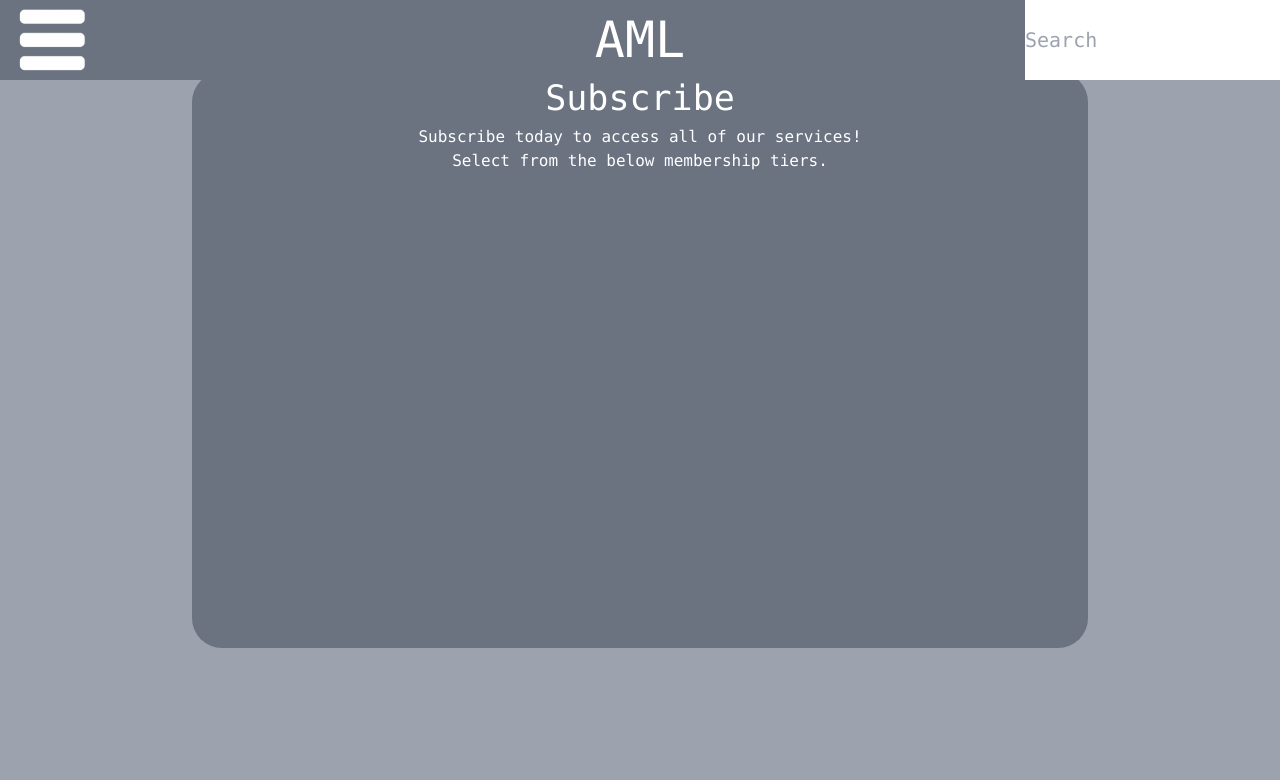
Repository: DuyKhanhDo/AML-Concept
Page: http://localhost/subscribe
An editor plug-in stored every save of this project. The page is shown before and after the next save, followed by the edit.
The browser window is 1280 px wide. The pictures show the whole page.
Some web libraries are served in a nearby version. The page is served by the project's Laravel application, run on PHP 8.4 with Laravel 12. A made-up administrator, Test User (test@example.com), is signed in. Other server files are loaded and not shown.

Above is the page before, as saved 2024-11-11 12:50:47.

### routes/web.php
<?php

use App\Http\Controllers\RegisterController;
use App\Http\Controllers\LogInController;
use App\Http\Controllers\ProfileController;
use App\Http\Controllers\SubscriptionController;
use Illuminate\Support\Facades\Route;
use Illuminate\Support\Facades\Auth;

Auth::routes();

Route::get('/', function () {
    return view('catalogue');
});

Route::get('/login', [LogInController::class, 'LogInView'])->name('login');
Route::post('/submit-login', [LogInController::class, 'Submit'])->name('submit.login');

Route::get('/register', [RegisterController::class, 'RegisterView'])->name('register');
Route::post('/submit-register', [RegisterController::class, 'Submit'])->name('submit.register');

Route::get('/subscribe', [SubscriptionController::class, 'SubscribeView'])->name('subscribe');

Route::post('/logout', function(){
    Auth::logout();
    return redirect()->back();
})->name('logout');

### app/Models/User.php
<?php

namespace App\Models;

use Illuminate\Auth\Middleware\Authenticate;
use Illuminate\Database\Eloquent\Model;
use Illuminate\Foundation\Auth\User as Authenticatable;
use Illuminate\Notifications\Notifiable;

class User extends Authenticatable
{
    use Notifiable;
    public $timestamps = false;

    protected $table = 'Users';

    protected $fillable = ['name', 'email', 'password', 'dob'];
};

### app/Http/Controllers/SubscriptionController.php
<?php

namespace App\Http\Controllers;

use Illuminate\Http\Request;

class SubscriptionController extends Controller
{
    public function __construct()
    {
        $this->middleware('auth');
    }

    public function SubscribeView()
    {
        return view('subscribe');
    }
}

### resources/views/subscribe.blade.php
<x-base>
    <x-slot:content>
        <main class="flex justify-center items-center h-screen">
            <div class="absolute top-[5vh] bg-gray-500 w-[70vw] h-[80vh] mt-[5vh] rounded-[30px] flex items-center flex-col">
                <h1 class="text-[35px]">Subscribe</h1>
                <h3 class="text-[20px mt-[20px]]">Subscribe today to access all of our services!</h3>
                <h5>Select from the below membership tiers.</h5>
            </div>
        </main>
    </x-slot>
</x-base>

### resources/views/components/base.blade.php
<!DOCTYPE html>
<html lang="en">
<head>
    <meta charset="UTF-8">
    <meta name="viewport" content="width=device-width, initial-scale=1.0">
    <title>AML</title>
    <script src="https://cdn.tailwindcss.com"></script>
</head>
<body class="bg-gray-400 font-mono">
    <x-navigation-bar></x-navigation-bar>
    <main class="mt-[5vh] text-white text-center">
        {{ $content }}
    </main>
</body>
</html>

### resources/views/components/navigation-bar.blade.php
<div class="fixed left-0 top-0 w-full h-[5rem] flex items-center justify-center bg-gray-500 m-0 p-0 box-border font-mono z-50">
    <button id="toggle-sidebar" class="absolute left-0 ml-[10px] h-full"><img class="h-full" draggable="false" src="{{ asset('assets/sidebar-img.png') }}" alt=""></button>
    <h1 class="text-[50px] text-white">AML</h1>
    <input type="text" class="absolute right-0 ml-[10px] h-full radius-[20px] text-[20px]" placeholder="Search">
</div>
<div id="sidebar" class="fixed left-0 top-[5rem] bg-gray-500 w-[20rem] h-[95vh] flex flex-col opacity-0 z-50 transition-opacity duraction-900">
    <ul class="text-center text-white w-full flex items-center">
        <x-side-bar-btn :csrf=false method="GET" route="/" name="Catalogue"></x-side-bar-btn>
    </ul>
    <ul class="absolute bottom-0 flex flex-col text-center text-white w-full flex items-center">
        @if (Auth::check())
            <x-side-bar-btn :csrf=true method="POST" route="{{ route('logout') }}" name="Sign out"></x-side-bar-btn>
        @else
            <x-side-bar-btn :csrf=false method="GET" route="{{ route('login') }}" name="Log in"></x-side-bar-btn>
            <x-side-bar-btn :csrf=false method="GET" route="{{ route('register') }}" name="Register"></x-side-bar-btn>
        @endif
    </ul>
</div>

<script>
    const button = document.getElementById('toggle-sidebar')
    const sidebar = document.getElementById('sidebar')

    button.addEventListener('click',function(){
        sidebar.classList.toggle('opacity-0');
        sidebar.classList.toggle('opacity-100');
    })
</script>

### resources/views/components/side-bar-btn.blade.php
<form class="w-full" method="{{ $method }}" action='{{ $route }}'>
    @if ($csrf == true)
        @csrf
    @endif

    <li class="mx-auto bg-gray-700 w-full h-[5rem] mb-[10px] flex items-center justify-center">
        <button type="submit" class="font-mono text-[30px] w-full">
            {{ $name }}
        </button>
    </li>
</form>

Loaded but not shown: app/Http/Controllers/Auth/ConfirmPasswordController.php (common file); app/Http/Controllers/Controller.php (common file)

After the next save:
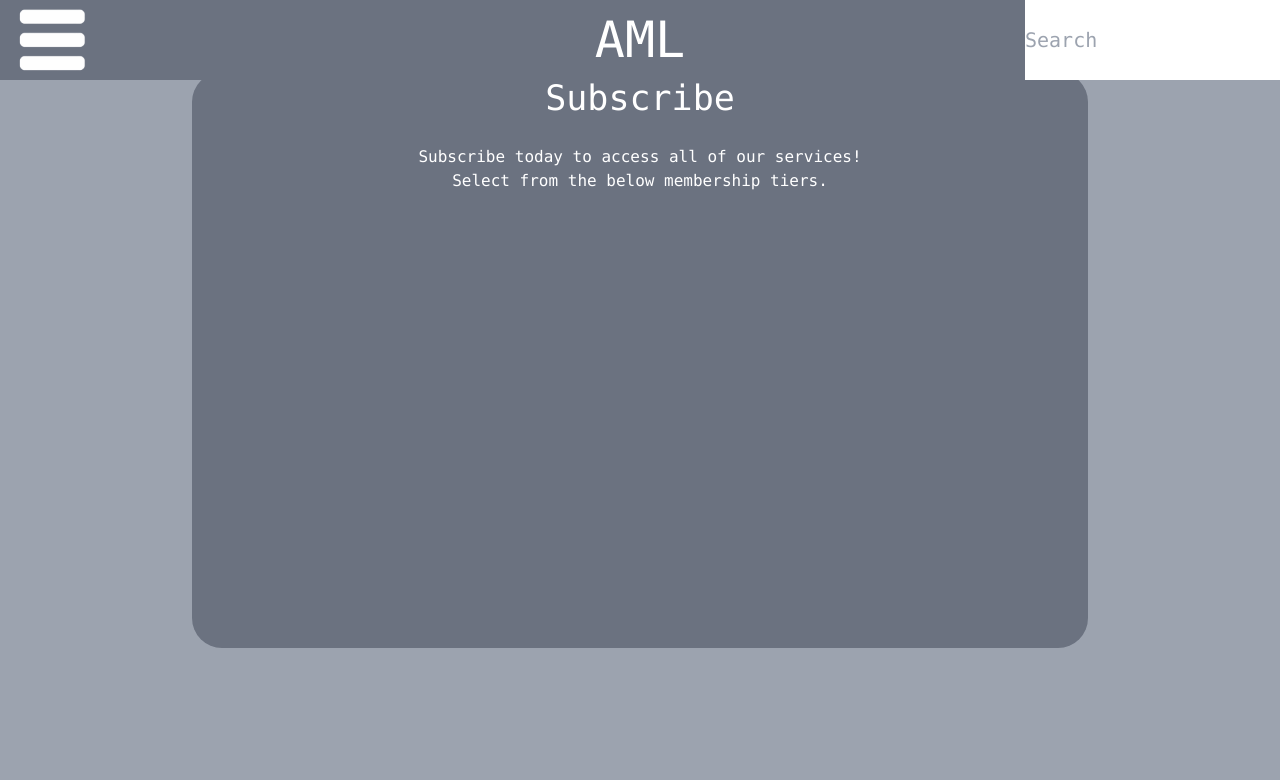
Saved 4 s later.
--- a/resources/views/subscribe.blade.php
+++ b/resources/views/subscribe.blade.php
@@ -3,7 +3,7 @@
         <main class="flex justify-center items-center h-screen">
             <div class="absolute top-[5vh] bg-gray-500 w-[70vw] h-[80vh] mt-[5vh] rounded-[30px] flex items-center flex-col">
                 <h1 class="text-[35px]">Subscribe</h1>
-                <h3 class="text-[20px mt-[20px]]">Subscribe today to access all of our services!</h3>
+                <h3 class="text-[20px mt-[20px]">Subscribe today to access all of our services!</h3>
                 <h5>Select from the below membership tiers.</h5>
             </div>
         </main>
